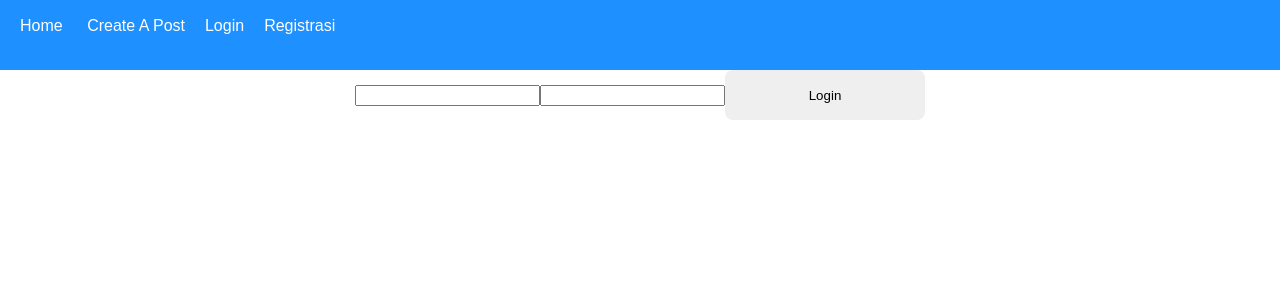
Repository: skipzenni/fullstack_react_training
Page: / (app in client/)
The author's editor kept a copy of each file at every save. The page is drawn from the files as they stood at one save, then again after a run of saves.
The browser window is 1280 px wide. The pictures show the whole page.
The page's requests for data from a server got no answer. The project was rebuilt for these pictures with package versions that can differ from the ones it lists, and the page was loaded fresh each time. No one was signed in, and anything a server would have sent is missing. Also part of the build but not shown: client/src/pages/CreatePost.js, client/src/pages/Post.js, client/src/pages/Registrasi.js, client/src/pages/PageNotFound.js.

Above is the page before, as saved 2023-06-20 00:57:44.

### client/src/App.js
import "./App.css";
import { BrowserRouter as Router, Routes, Route, Link } from "react-router-dom";
import Home from "./pages/Home";
import CreatePost from "./pages/CreatePost";
import Post from "./pages/Post";
import Login from "./pages/Login";
import Registrasi from "./pages/Registrasi";
import { AuthContext } from "./helpers/AuthContext";
import { useEffect, useState } from "react";
import axios from "axios";
import PageNotFound from "./pages/PageNotFound";

function App() {
  const [authState, setAuthState] = useState({
    username: "",
    id: 0,
    status: false,
  });

  useEffect(() => {
    axios.get("http://localhost:3003/auth/auth", {
      headers: {
        accessToken: localStorage.getItem("accessToken"),
      },
    }).then((response) => {
      if (response.data.error) {
        setAuthState({...authState, status: false})
      } else {
        setAuthState({
          username: response.data.username,
          id: response.data.id,
          status: true,
        })
      }
    })
  },[]); // add [] cause it make auth request loop forever

  const logout = () => {
    localStorage.removeItem('accessToken');
    setAuthState({username: "", id: 0, status: false});
  }
  return (
    <div className="App">
      <AuthContext.Provider value={{ authState, setAuthState }}>
        <Router>
          <div className="navbar">
            <div className="link">
            <Link to="/">Home</Link>
            <Link to="/createpost"> Create A Post</Link>
            {!authState.status && (
              <>
                <Link to="/login">Login</Link>
                <Link to="/registrasi">Registrasi</Link>
              </>
            )}
            <h3>{authState.username}</h3>
            </div>
            <div className="logout-container">
              <h4>{authState.username}</h4>
              { authState.status && <button onClick={logout}>Logout</button>}
            </div>
          </div>
          <Routes>
            <Route path="/" exact Component={Home} />
            <Route path="/createpost" exact Component={CreatePost} />
            <Route path="/post/:id" exact Component={Post} />
            <Route path="/login" exact Component={Login} />
            <Route path="/registrasi" exact Component={Registrasi} />
            <Route path="*" exact Component={PageNotFound} />
          </Routes>
        </Router>
      </AuthContext.Provider>
    </div>
  );
}

export default App;

### client/src/App.css
.App {
  width: 100vw;
  height: auto;
  display: flex;
  align-items: center;
  flex-direction: column;
}

body {
  margin: 0;
  padding: 0;
}


.likeBtn {
  color: rgba(250, 250, 250, 0.8);
}
.unlikeBtn {
  color: white;
}

.post {
  width: 400px;
  height: 300px;
  border-radius: 10px;
  display: flex;
  flex-direction: column;
  margin-top: 50px;
  border: 1px solid lightgray;
  font-family: Arial, Helvetica, sans-serif;

  box-shadow: rgba(99, 99, 99, 0.2) 0px 2px 8px 0px;
}

.post:hover {
  box-shadow: rgba(100, 100, 111, 0.2) 0px 7px 29px 0px;
  cursor: pointer;
}
.post .title {
  flex: 20%;
  border-bottom: 1px solid lightgray;
  background-color: dodgerblue;
  display: grid;
  place-content: center;
  color: white;
}

.post .body {
  flex: 60%;
  display: grid;
  place-content: center;
}

.post .footer {
  flex: 20%;
  border-top: 1px solid lightgray;
  display: flex;
  align-items: center;
  padding-left: 15px;
  background-color: dodgerblue;
  color: white;
  border-bottom-left-radius: 10px;
  border-bottom-right-radius: 10px;
}

/* CREATE POST PAGE CSS */

.createPostPage {
  font-family: Arial, Helvetica, sans-serif;
  width: 100vw;
  height: 70vh;
  display: flex;
  justify-content: center;
  align-items: center;
}
.formContainer {
  display: flex;
  flex-direction: column;
  justify-content: center;
  width: 500px;
  height: auto;
  padding: 20px;
  border: 5px solid dodgerblue;
  border-radius: 5px;
}

.formContainer #inputCreatePost {
  height: 40px;
  margin-top: 10px;
  margin-bottom: 10px;
  border: 2px solid grey;
  border-radius: 5px;
  padding-left: 10px;
  font-size: 20px;
}

.formContainer button {
  margin-top: 15px;
  height: 40px;
  border: none;
  background-color: lightskyblue;
  border-radius: 5px;
  color: white;
}

.formContainer button:hover {
  cursor: pointer;
  background-color: dodgerblue;
}

span {
  color: red;
}

/* NAVBAR */

.navbar {
  width: 100%;
  height: 70px;
  background-color: dodgerblue;
  display: flex;
  align-items: center;
  font-family: Arial, Helvetica, sans-serif;
}

.navbar a {
  margin-left: 20px;
  text-decoration: none;
  color: white;
}

/* INDIVIDUAL POST */
.postPage {
  display: flex;
  flex-direction: row;
  width: 100%;
  height: 100%;
}

.leftSide {
  flex: 50%;
  height: calc(100vh - 70px);
  display: grid;
  place-items: center;
}

.rightSide {
  flex: 50%;
  height: calc(100vh - 70px);
  display: grid;
  place-items: center;
}

.postPage {
  height: 500px;
  width: 600px;
}

.postPage .title,
.postPage .footer {
  font-size: 30px;
}

.postPage .body {
  font-size: 25px;
}

/* Comments */

.rightSide {
  flex: 50%;
  height: calc(100vh - 70px);
  display: grid;
  place-items: center;
  display: flex;
  flex-direction: column;
}

.rightSide .addCommentContainer {
  flex: 20%;
  width: 100%;
  display: grid;
  place-items: center;
  margin-top: 25px;
}

.addCommentContainer input,
button {
  width: 200px;
  height: 50px;
  border-radius: 8px;
  border: none;
}

.addCommentContainer button {
  background-color: dodgerblue;
  color: white;
}

.addCommentContainer input {
  border: 2px solid dodgerblue;
}

.rightSide .listOfComments {
  flex: 80%;
  width: 100%;
  display: flex;
  flex-direction: column;
  align-items: center;
}

.listOfComments .comment {
  width: 70%;
  height: auto;
  padding: 30px;
  border: 1px solid lightgray;
  border-radius: 5px;
  margin-top: 20px;
}

### client/src/pages/Home.js
import React, { useContext } from "react";
import { useEffect, useState } from "react";
import axios from "axios";
import { useNavigate } from "react-router";
import ThumbUpIcon from "@mui/icons-material/ThumbUp";
import { AuthContext } from "../helpers/AuthContext";

function Home() {
  const [listOfPosts, setListOfPosts] = useState([]);
  const [likedPosts, setLikedPosts] = useState([]);
  const {authState} = useContext(AuthContext);
  let navigate = useNavigate();
  useEffect(() => {
    if (!authState.status) {
      navigate("/login");
    } else {
      axios
        .get("http://localhost:3003/posts", {
          headers: { accessToken: localStorage.getItem("accessToken") },
        })
        .then((response) => {
          setListOfPosts(response.data.listOfPosts);
          setLikedPosts(response.data.likedPosts.map((like)=>{
            return like.PostId;
          }));
          console.log(response.data.likedPosts);
        });

    }
  }, []);

  const LikeAPost = (postId) => {
    axios
      .post(
        "http://localhost:3003/likes",
        { PostId: postId },
        { headers: { accessToken: localStorage.getItem("accessToken") } }
      )
      .then((response) => {
        setListOfPosts(
          listOfPosts.map((post) => {
            if (post.id === postId) {
              if (response.data.liked) {
                return { ...post, Likes: [...post.Likes, 0] };
              } else {
                const likesArray = post.Likes;
                likesArray.pop();
                return { ...post, Likes: likesArray };
              }
            } else {
              return post;
            }
          })
        );
      });

    if (likedPosts.includes(postId)) {
      setLikedPosts(likedPosts.filter((id) => {
        return id != postId;
       })
      );
    } else {
      setLikedPosts([...likedPosts, postId]);
    }
  };
  return (
    <div>
      {listOfPosts.map((value, key) => {
        return (
          <div className="post" key={value.id}>
            <div className="title">{value.title}</div>
            <div className="body" onClick={() => navigate(`post/${value.id}`)}>
              {value.postsText}
            </div>
            <div className="footer">
              {value.username}{" "}
              <ThumbUpIcon
                onClick={() => {
                  LikeAPost(value.id);
                }} className={likedPosts.includes(value.id) ? "unlikeBtn" : "likeBtn"}
              />
              <label>{value.Likes.length}</label>
            </div>
          </div>
        );
      })}
    </div>
  );
}

export default Home;

### client/src/pages/Login.js
import axios from "axios";
import React, { useContext, useState } from "react";
import { useNavigate } from "react-router-dom";
import { AuthContext } from "../helpers/AuthContext";

function Login() {
  const [username, setUserName] = useState("");
  const [password, setPassword] = useState("");
  const {setAuthState} = useContext(AuthContext);

  let navigate = useNavigate();

  const login = () => {
    const data = { username: username, password: password };
    axios.post("http://localhost:3003/auth/login", data).then((response) => {
      if (response.data.error) {
        alert(response.data.error);
      } else {
        localStorage.setItem("accessToken", response.data.token);
        setAuthState({username: response.data.username, id: response.data.id, status: true})
        navigate("/");
      }
    });
  };

  return (
    <div>
      <input
        type="text"
        onChange={(event) => {
          setUserName(event.target.value);
        }}
      />
      <input
        type="password"
        onChange={(event) => {
          setPassword(event.target.value);
        }}
      />

      <button onClick={login}>Login</button>
    </div>
  );
}

export default Login;

Loaded but not shown: client/public/index.html (common file); client/src/index.js (common file); client/src/reportWebVitals.js (common file); client/src/helpers/AuthContext.js (common file)

After the next 2 saves:
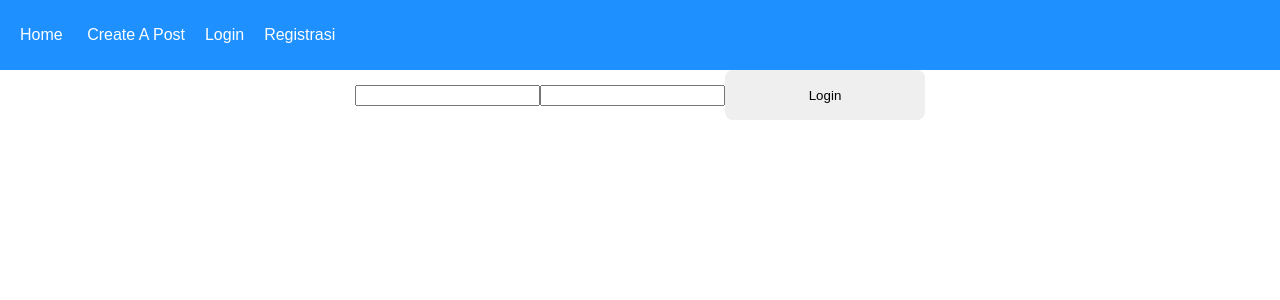
The 2 saves are shown as one change because they came seconds apart.
The last was saved 13 s later.
--- a/client/src/App.js
+++ b/client/src/App.js
@@ -45,15 +45,14 @@ function App() {
         <Router>
           <div className="navbar">
             <div className="link">
-            <Link to="/">Home</Link>
-            <Link to="/createpost"> Create A Post</Link>
-            {!authState.status && (
-              <>
-                <Link to="/login">Login</Link>
-                <Link to="/registrasi">Registrasi</Link>
-              </>
-            )}
-            <h3>{authState.username}</h3>
+              <Link to="/">Home</Link>
+              <Link to="/createpost"> Create A Post</Link>
+              {!authState.status && (
+                <>
+                  <Link to="/login">Login</Link>
+                  <Link to="/registrasi">Registrasi</Link>
+                </>
+              )}
             </div>
             <div className="logout-container">
               <h4>{authState.username}</h4>
